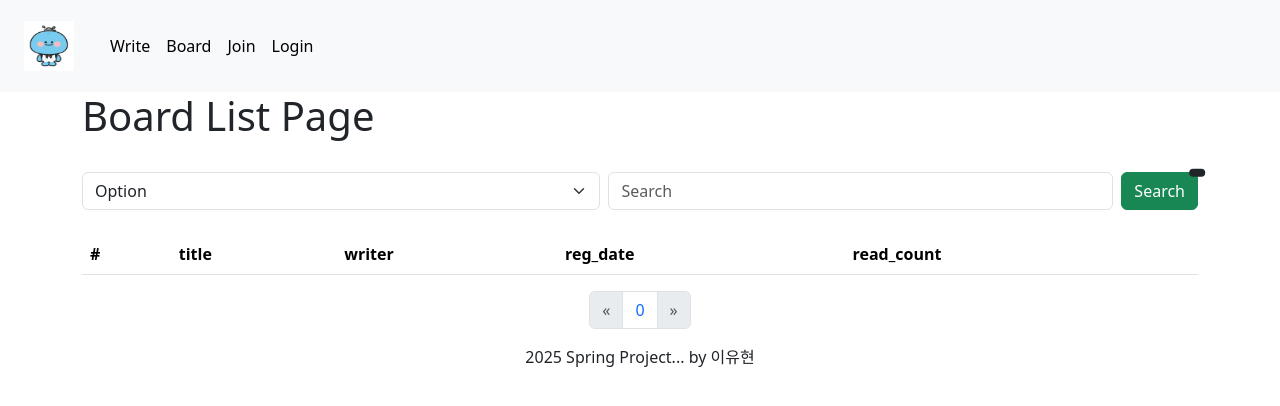
Repository: LeeYouHyeon/6.Spring
Page: http://localhost/spring_project/WEB-INF/views/board/list.jsp
An editor plug-in stored every save of this project. The page is shown before and after the next save, followed by the edit.
The browser window is 1280 px wide. The pictures show the whole page.
The page is served by Tomcat 9. Nobody is signed in. The template is opened directly, without the code that normally fills it, so the values that code supplies are empty.

Above is the page before, as saved 2025-06-02 06:47:18.
Console error: TypeError: Cannot read properties of null (reading 'addEventListener')

After the next save:
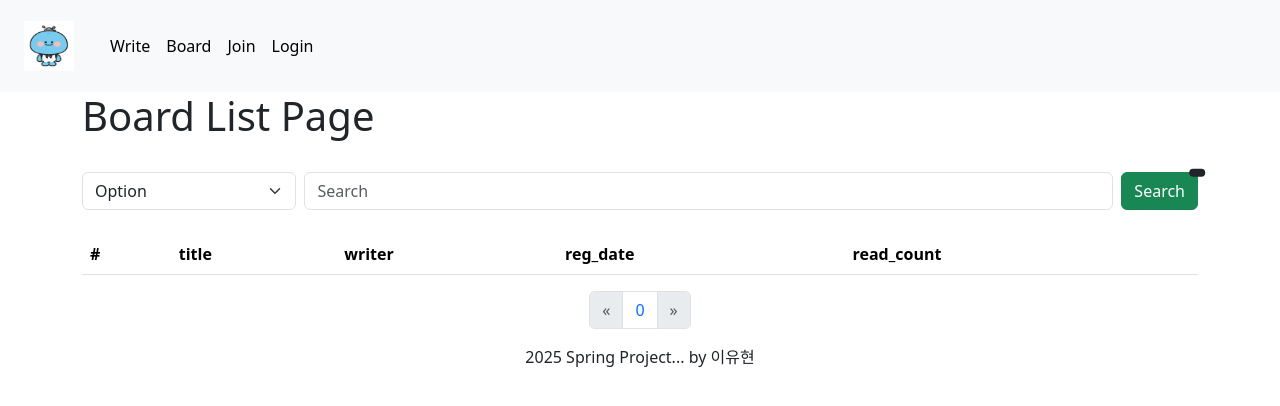
Saved 4 min 45 s later.
--- a/spring_project/src/main/webapp/WEB-INF/views/board/list.jsp
+++ b/spring_project/src/main/webapp/WEB-INF/views/board/list.jsp
@@ -7,7 +7,7 @@
 	<br>
 	<!-- search line -->
 	<form class="d-flex" role="search" action="">
-		<select class="form-select me-2" name="type" aria-label="Default select example">
+		<select class="form-select me-2 w-25" name="type" aria-label="Default select example">
 			<option selected>Option</option>
 			<option value="t">Title</option>
 			<option value="w">Writer</option>
